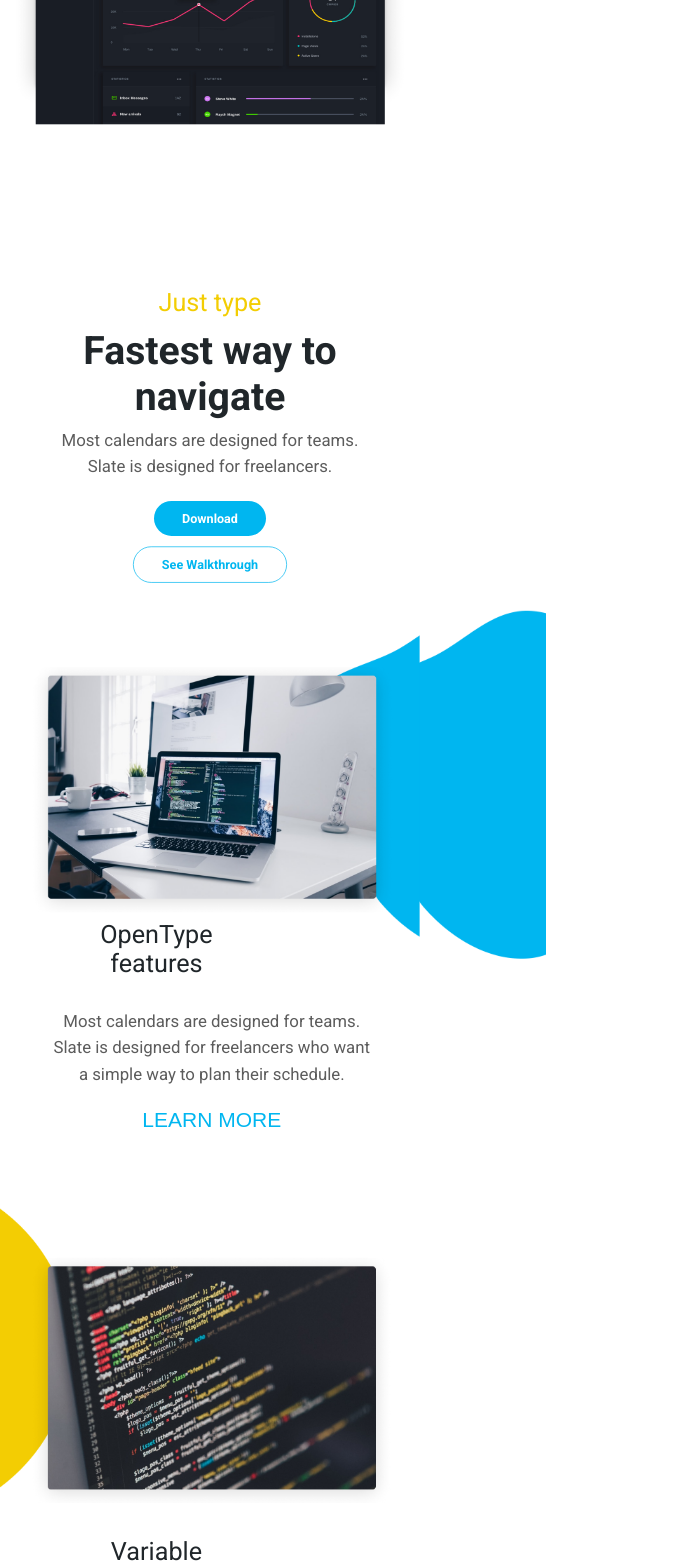
Repository: tungcutte35/Figma-Land
Page: sass/index.html
These files come from the project's save history. The page is drawn as it stood at one moment and after the next save; the edit follows.
The browser window is 600 px wide. The page is 990 px wide, so the pictures cover 990 px, including what lies to the right of the window. The pictures show the part of the page from y = 692 to 2932 px (the page is 5985 px tall), at 70% of full size.
The style sheet was rebuilt from its Sass, Less or Tailwind sources for each picture, by a compiler version that may differ from the author's.

Above is the page before, as saved 2021-10-25 15:59:06.

### sass/index.html
<!DOCTYPE html>
<html lang="en">
  <head>
    <meta charset="UTF-8" />
    <meta http-equiv="X-UA-Compatible" content="IE=edge" />
    <meta name="viewport" content="width=device-width, initial-scale=1.0" />
    <title>Figma Land</title>
    <link rel="stylesheet" href="./css/app.css" />
    <link rel="preconnect" href="https://fonts.googleapis.com" />
    <link rel="preconnect" href="https://fonts.gstatic.com" crossorigin />
    <link
      href="https://fonts.googleapis.com/css2?family=Roboto:wght@400;700;900&display=swap"
      rel="stylesheet"
    />
  </head>
  <body>
    <div class="wrapper">
      <header class="header">
        <div class="container">
          <div class="header-container">
            <div class="header-img">
              <a href="#">
                <img srcset="./images/logo.png 2x" alt="" />
              </a>
            </div>
            <ul class="menu">
              <li class="menu-item">
                <a href="#" class="menu-link">Home</a>
              </li>
              <li class="menu-item">
                <a href="#" class="menu-link">Product</a>
              </li>
              <li class="menu-item">
                <a href="#" class="menu-link">About</a>
              </li>
              <li class="menu-item">
                <a href="#" class="menu-link">Contact</a>
              </li>
            </ul>
            <div class="header-login">
              <a href="#" class="button button--outline">Login</a>
            </div>
          </div>
        </div>
      </header>
      <main>
        <section class="lightning">
          <div class="container">
            <div class="lightning-container">
              <div class="lightning-header">
                <h2 class="lightning-heading">Lightning fast prototyping</h2>
                <p class="text lightning-content">
                  Most calendars are designed for teams. Slate is designed for
                  freelancers.
                </p>
                <div class="lightning-button">
                  <a href="#" class="button button--primary">Get Started</a>
                  <a href="#" class="button button--outline">Try For Free</a>
                </div>
                <img
                  srcset="./images/img.png 2x"
                  alt=""
                  class="lightning-img"
                />
              </div>

              <img
                srcset="./images/Vector.png 2x"
                alt=""
                class="lightning-vector1"
              />
              <img
                srcset="./images/Vector2.png 2x"
                alt=""
                class="lightning-vector2"
              />
              <img
                srcset="./images/Vector3.png 2x"
                alt=""
                class="lightning-vector3"
              />
            </div>
          </div>
        </section>
        <section class="fastest">
          <div class="container">
            <div class="fastest-container">
              <div class="fastest-header">
                <h3 class="fastest-type">Just type</h3>
                <h3 class="heading fastest-heading">Fastest way to navigate</h3>
                <p class="text fastest-content">
                  Most calendars are designed for teams. Slate is designed for
                  freelancers.
                </p>
              </div>
              <div class="fastest-button">
                <a href="#" class="button button--primary">Download</a>
                <a href="#" class="button button--outline">See Walkthrough</a>
              </div>
            </div>
          </div>
        </section>
        <section class="features">
          <div class="container-fly">
            <div class="features-container">
              <div class="features-firsd">
                <div class="features-desc">
                  <h3 class="heading features-heading">OpenType features</h3>
                  <p class="text features-content">
                    Most calendars are designed for teams. Slate is designed for
                    freelancers who want a simple way to plan their schedule.
                  </p>
                  <button class="features-more">LEARN MORE</button>
                </div>
                <div class="features-img">
                  <img srcset="./images/features1.png 2x" alt="" />
                </div>
              </div>
              <div class="features-seconds">
                <div class="features-img">
                  <img srcset="./images/features2.png 2x" alt="" />
                </div>
                <div class="features-desc">
                  <h3 class="heading features-heading">Variable fonts</h3>
                  <p class="text features-content">
                    Most calendars are designed for teams. Slate is designed for
                    freelancers
                  </p>
                  <button class="features-more">LEARN MORE</button>
                </div>
              </div>
            </div>
            <img
              srcset="./images/features-vector1.png 2x"
              alt=""
              class="features-vector1"
            />
            <img
              srcset="./images/features-vector3.png 2x"
              alt=""
              class="features-vector3"
            />
            <img
              srcset="./images/features-vector2.png 2x"
              alt=""
              class="features-vector2"
            />
          </div>
        </section>
        <section class="work">
          <div class="container">
            <div class="work-container">
              <h3 class="heading work-heading">A rethink of how we work</h3>
              <p class="text work-content">
                Being a freelancer is a rollercoaster of emotions. We built
                Slate to keep your
              </p>
              <div class="work-img">
                <img srcset="./images/work.png 2x" alt="" />
              </div>
              <div class="work-desc">
                <span class="work-facebook">Facebook</span>
                <span class="work-data">35,929</span>
              </div>
              <a href="#" class="button button--primary">
                Get Started For Free
              </a>
            </div>
          </div>
        </section>
        <section class="testimonial">
          <div class="container">
            <div class="testimonial-container">
              <h3 class="heading testimonial-heading">Testimonials</h3>
              <div class="testimonial-img">
                <img srcset="./images/IBM.png 2x" alt="" />
              </div>
              <p class="text-small testimonial-content">
                Being a freelancer is a rollercoaster of emotions. We built
                Slate to keep your freelance business less stressful. We'd love
                to show you what we're building...
              </p>
              <div class="testimonial-author">
                <div class="testimonial-avtar">
                  <img srcset="./images/author.png 2x" alt="" />
                </div>
                <div class="testimonial-desc">
                  <p class="testimonial-name">Esther Webb</p>
                  <span class="testimonial-job">Designer</span>
                </div>
              </div>
              <a href="#" class="button button--primary">All Testimonials</a>
            </div>
            <img
              class="testimonial-vector1"
              srcset="./images/testimonial-vector1.png 2x"
              alt=""
            />
            <img
              class="testimonial-vector2"
              srcset="./images/testimonial-vector2.png 2x"
              alt=""
            />
          </div>
        </section>
        <section class="pricing">
          <div class="container-fly">
            <div class="pricing-container">
              <div class="pricing-content">
                <h3 class="heading pricing-heading">Pricing</h3>
                <p class="text-small pricing-desc">
                  Most calendars are designed for teams. Slate is designed for
                  freelancers who want a simple way to plan their schedule.
                </p>
              </div>
              <div class="pricing-buy">
                <p class="pricing-time">30-DAY FREE TRIAL</p>
                <div class="pricing-price">
                  <img srcset="./images/price.png 2x" alt="" />
                </div>
                <p class="text-small pricing-third">
                  Most calendars are designed for teams.
                </p>
                <a href="#" class="button button--primary">Get Started</a>
              </div>
            </div>
          </div>
        </section>
        <section class="focus">
          <div class="container-fly">
            <div class="focus-container">
              <div class="focus-header">
                <h3 class="focus-heading">We focus on ergonomic meeting</h3>
              </div>
              <div class="focus-content">
                <p class="text-small focus-desc1">
                  Being a freelancer is a rollercoaster of emotions. We built
                  Slate to keep your freelance business building...
                </p>
                <p class="text-small focus-desc2">
                  Being a freelancer is a rollercoaster of emotions. We built
                  Slate to keep your freelance business building...
                </p>
                <a href="#" class="button button--primary">Get Started</a>
              </div>
            </div>
          </div>
        </section>
      </main>
      <footer class="footer">
        <div class="container">
          <div class="footer-container">
            <div class="footer-firsd">
              <div class="footer-logo">
                <img srcset="./images/logo.png 2x" alt="" />
              </div>
              <p class="footer-content">Just type what's on your mind</p>
            </div>
            <ul class="footer-seconds">
              <li class="footer-item">
                <a href="" class="footer-link">Home</a>
              </li>
              <li class="footer-item">
                <a href="" class="footer-link">Product</a>
              </li>
              <li class="footer-item">
                <a href="" class="footer-link">About</a>
              </li>
              <li class="footer-item">
                <a href="" class="footer-link">Contact</a>
              </li>
            </ul>
            <div class="footer-social">
              <div class="footer-twitter">
                <img src="./images/Twitter.svg" alt="" />
              </div>
              <div class="footer-facebook">
                <img src="./images/facebook.svg" alt="" />
              </div>
              <div class="footer-in">
                <img src="./images/In.svg" alt="" />
              </div>
            </div>
          </div>
        </div>
        <div class="footer-copy">
          <p class="footer-copyright">© 2021 - Bản quyền thuộc về Tungcutte</p>
        </div>
      </footer>
    </div>
  </body>
</html>

### sass/app.scss
@import "./reset";
@import "./variables";
@import "./global";
@import "./header";
@import "./menu";
@import "./lightning";
@import "./fastest";
@import "./features";
@import "./work";
@import "./testimonial";
@import "./pricing";
@import "./focus";
@import "./footer";

### sass/_variables.scss
$font: "Roboto", sans-serif;
$primary-color: #00b6f0;
$heading-color: #20262a;
$text-color: #5c5c5c;
$secondary-color: #112d57;

### sass/_global.scss
.wrapper {
  max-width: 1600px;
  margin: 0 auto;
}
.container {
  max-width: 1160px;
  margin: 0 auto;
  padding: 0 20px;
}
.container-fly {
  max-width: 1045px;
  margin: 0 auto;
  padding: 0 20px;
}
body {
  font-family: $font;
  line-height: 1;
  font-size: 18px;
  color: $heading-color;
}
ul {
  list-style-type: none;
}
.button {
  display: inline-flex;
  justify-content: center;
  align-items: center;
  font-size: 18px;
  font-weight: 700;
  line-height: 1;
  font-family: $font;
  padding: 16px 40px;
  border-radius: 85px;
  background-color: transparent;
  border: 0;
  outline: none;
  cursor: pointer;
  transition-duration: 0.4s;

  &--primary {
    color: #fff;
    background-color: $primary-color;
    &:hover {
      color: $primary-color;
      background-color: transparent;
      border: 1.4px solid $primary-color;
    }
  }
  &--outline {
    color: $primary-color;
    border: 1.4px solid $primary-color;
    &:hover {
      background-color: $primary-color;
      color: white;
    }
  }
}

.heading {
  color: $heading-color;
  font-weight: 700;
  font-size: 56px;
  line-height: calc(65 / 56);
}
.text {
  font-size: 24px;
  font-weight: 450;
  color: $text-color;
  line-height: calc(38 / 24);
}
.text-small {
  font-size: 19px;
  line-height: calc(30 / 19);
  font-weight: 450;
  color: $text-color;
}

### sass/_header.scss
.header {
  margin-top: 30px;
  margin-bottom: 91px;

  &-container {
    display: flex;
    justify-content: space-between;
    align-items: center;
  }
}

### sass/_menu.scss
.menu {
  display: flex;
  align-items: center;
  justify-content: center;
  gap: 0 41px;
  &-item {
    display: flex;
    align-items: center;
    justify-content: center;
  }
  &-link {
    color: inherit;
    font-size: 20px;
    &:after {
      display: block;
      content: "";
      border-bottom: solid 2px $primary-color;
      transform: scaleX(0);
      transition: transform 250ms ease-in-out;
    }
    &:hover:after {
      transform: scaleX(1);
    }
    &:hover {
      color: $primary-color;
    }
  }
  @media screen and (max-width: 767px) {
    &-item {
      display: none;
    }
  }
}

### sass/_lightning.scss
.lightning {
  margin-bottom: 800px;
  position: relative;
  background: linear-gradient(0deg, #e9faff 0%, rgba(233, 250, 255, 0) 100%);

  &-container {
    display: flex;
    align-items: center;
    justify-content: center;
    gap: 0 25px;
  }
  &-header {
    text-align: center;
    max-width: 544px;
  }
  &-heading {
    max-width: 510px;
    font-weight: 900;
    font-size: 72px;
    line-height: calc(78 / 72);
    color: $secondary-color;
    margin-bottom: 27px;
  }
  &-content {
    margin-bottom: 84px;
  }
  &-button {
    display: flex;
    align-items: center;
    justify-content: center;
    gap: 0 25px;
    margin-bottom: 45px;
  }
  &-vector1 {
    position: absolute;
    left: -1%;
    bottom: -60%;
  }
  &-vector2 {
    position: absolute;
    right: -1%;
    bottom: -75%;
  }
  &-vector3 {
    display: none;
  }
  &-img {
    position: absolute;
    bottom: -165%;
    left: 15px;
    z-index: 99;
    width: calc(100% - 30px);
    height: 803px;
  }
  @media screen and (max-width: 1023px) {
    background: linear-gradient(
      360deg,
      #e9faff 0%,
      rgba(233, 250, 255, 0) 100%
    );
    &-header {
      z-index: 2;
    }
  }
  @media screen and (max-width: 767px) {
    margin-bottom: 650px;
    &-header {
      margin-bottom: -32%;
    }
    &-heading {
      font-size: 53px;
      line-height: calc(62 / 53);
    }
    &-content {
      font-size: 24px;
      line-height: calc(38 / 24);
      max-width: 343px;
      margin-bottom: 70px;
    }
    &-vector1 {
      left: -50%;
    }
    &-vector2 {
      right: -65%;
      bottom: -60%;
    }
    &-vector3 {
      display: block;
      position: absolute;
      right: 0;
      bottom: -60%;
    }
    &-img {
      height: 370px;
      img {
        width: 50%;
        height: 50%;
        object-fit: cover;
      }
    }
  }
}

### sass/_fastest.scss
.fastest {
  margin-bottom: 162px;
  &-container {
    margin: 0 auto;
  }
  &-header {
    text-align: center;
  }
  &-type {
    font-size: 36px;
    line-height: calc(42 / 36);
    color: #f3cd03;
    font-weight: 450;
    margin-bottom: 17px;
  }
  &-heading {
    margin-bottom: 10px;
  }
  &-content {
    max-width: 459px;
    margin: 0 auto;
    margin-bottom: 60px;
  }
  &-button {
    display: flex;
    align-items: center;
    justify-content: center;
    gap: 0 13px;
  }
  @media screen and (max-width: 767px) {
    margin-bottom: 130px;

    &-button {
      flex-direction: column;
      gap: 15px;
    }
    &-content {
      margin-bottom: 30px;
    }
  }
}

### sass/_features.scss
.features {
  margin-bottom: 100px;
  position: relative;
  &-container {
    display: grid;
    grid-template-rows: repeat(2, 1fr);
    grid-gap: 50px 0;
  }
  &-firsd {
    display: flex;
    justify-content: space-between;
    align-items: center;
    gap: 0 60px;
    max-width: 1045px;
  }

  &-heading {
    font-size: 36px;
    line-height: calc(42 / 36);
    font-weight: 450;
    margin-bottom: 16px;
  }
  &-content {
    margin-bottom: 20px;
    max-width: 468px;
  }
  &-more {
    outline: none;
    border: none;
    background-color: transparent;
    font-size: 18px;
    line-height: calc(20 / 18);
    font-weight: 450;
    color: $primary-color;
  }
  &-seconds {
    display: flex;
    justify-content: space-between;
    align-items: center;
    gap: 0 50px;
    max-width: 966px;
  }
  &-vector1 {
    position: absolute;
    right: -1%;
    top: -8%;
    z-index: -1;
  }
  &-vector2 {
    position: absolute;
    left: -1%;
    bottom: -4%;
    z-index: -1;
  }
  &-vector3 {
    display: none;
  }
  @media screen and (min-width: 1024px) {
    &-firsd {
      margin-left: 30px;
    }
  }
  @media screen and (max-width: 1023px) {
    &-container {
      margin-left: 20px;
      grid-gap: 190px;
    }
  }
  @media screen and (max-width: 767px) {
    &-firsd {
      flex-direction: column-reverse;
      margin-right: 15px;
      text-align: center;
      margin-bottom: 0px;
    }
    &-img {
      height: 351px;
      width: 100%;
      margin-top: -10px;
      margin-bottom: 10px;
      img {
        width: 100%;
        height: 100%;
        object-fit: cover;
      }
    }
    &-heading {
      max-width: 200px;
      margin-left: 55px;
      margin-bottom: 42px;
    }
    &-seconds {
      flex-direction: column;
      margin-right: 15px;
      text-align: center;
      margin-bottom: 0px;
    }
    &-content {
      margin-bottom: 30px;
    }
    &-more {
      font-size: 30px;
    }
    &-vector1 {
      right: -30%;
      top: -6%;
    }
    &-vector2 {
      left: -43%;
      bottom: 19%;
    }
    &-vector3 {
      display: block;
      position: absolute;
      right: 0;
      top: -6%;
      z-index: -1;
    }
  }
}

### sass/_work.scss
.work {
  margin-bottom: 200px;
  &-container {
    text-align: center;
  }
  &-heading {
    margin-bottom: 10px;
  }
  &-content {
    font-size: 19px;
    line-height: calc(30 / 19);
    font-weight: 450;
    margin-bottom: 52px;
  }
  &-img {
    display: flex;
    align-items: center;
    justify-content: center;
    margin-bottom: 7px;
  }
  &-desc {
    display: flex;
    justify-content: space-between;
    align-items: center;
    margin: 0 190px;
    margin-bottom: 40px;
  }
  &-facebook {
    font-size: 14px;
    line-height: calc(24 / 14);
    font-weight: 400;
    color: #505d6f;
  }
  &-data {
    font-size: 14px;
    line-height: calc(24 / 14);
    font-weight: 700;
    color: #505d70;
  }
  @media screen and (max-width: 767px) {
    margin-bottom: 130px;
    &-heading {
      margin-bottom: 20px;
    }
  }
}

### sass/_testimonial.scss
.testimonial {
  margin-bottom: 110px;
  position: relative;

  &-container {
    text-align: center;
  }
  &-heading {
    margin-bottom: 50px;
  }
  &-img {
    display: flex;
    align-items: center;
    justify-content: center;
    margin-bottom: 50px;
  }
  &-content {
    max-width: 480px;
    margin: 0 auto;
    margin-bottom: 50px;
  }

  &-author {
    margin-bottom: 50px;
    display: flex;
    justify-content: center;
    align-items: center;
  }
  &-desc {
    margin-left: 15px;
    text-align: start;
  }
  &-name {
    font-size: 18px;
    line-height: calc(20 / 18);
    font-weight: 450;
    color: #20262a;
  }
  &-job {
    font-size: 18px;
    line-height: calc(28 / 18);
    color: $text-color;
    font-weight: 450;
  }
  &-vector1 {
    position: absolute;
    left: 170px;
    top: 290px;
  }
  &-vector2 {
    position: absolute;
    right: 0;
    bottom: -110px;
  }
  @media screen and (max-width: 1023px) {
    &-vector1 {
      left: 35px;
      top: 125px;
    }
    &-vector2 {
      z-index: -1;
      bottom: -112px;
    }
  }
  @media screen and (max-width: 767px) {
    &-vector1 {
      display: none;
    }
    &-vector2 {
      right: -190px;
      bottom: -111px;
    }
  }
}

### sass/_pricing.scss
.pricing {
  background: #182333;

  &-container {
    color: white;
    display: flex;
    justify-content: space-between;
    align-items: center;
    gap: 0 160px;
    padding: 100px 70px;
  }
  &-content {
    max-width: 437px;
  }
  &-heading {
    color: white;
    margin-bottom: 16px;
  }
  &-desc {
    color: white;
    max-width: 400px;
  }
  &-buy {
    max-width: 277px;
  }
  &-time {
    font-size: 18px;
    line-height: calc(28 / 18);
    font-weight: 450;
    margin-bottom: 10px;
  }
  &-price {
    margin-bottom: 20px;
  }
  &-third {
    max-width: 250px;
    color: white;
    margin-bottom: 20px;
  }
  @media screen and (max-width: 767px) {
    &-container {
      flex-direction: column;
    }
    &-content {
      margin-bottom: 60px;
    }
  }
}

### sass/_focus.scss
.focus {
  background: linear-gradient(180deg, #e9faff 0%, rgba(233, 250, 255, 0) 100%);
  &-container {
    display: flex;
    justify-content: space-between;
    align-items: center;
    padding: 50px 0 70px;
    gap: 0 110px;
  }
  &-header {
    margin-top: -20%;
  }
  &-heading {
    font-weight: 450;
    font-size: 36px;
    max-width: 406px;
  }
  &-content {
    max-width: 446px;
  }
  &-desc1 {
    max-width: 430px;
    margin-bottom: 40px;
  }
  &-desc2 {
    max-width: 430px;
    margin-bottom: 20px;
  }
  @media screen and (min-width: 1024px) {
    &-container {
      margin-left: 30px;
    }
  }
  @media screen and (max-width: 1023px) {
    &-container {
      margin-left: 30px;
    }
  }
  @media screen and (max-width: 767px) {
    background: linear-gradient(
      -10deg,
      #e9faff 0%,
      rgba(233, 250, 255, 0) 100%
    );
    &-container {
      flex-direction: column;
      gap: 40px;
      margin-top: 60px;
    }
    &-content {
      margin-bottom: 20px;
    }
    &-desc2 {
      margin-bottom: 40px;
    }
  }
}

### sass/_footer.scss
.footer {
  &-container {
    display: flex;
    justify-content: space-between;
    align-items: center;
    padding-bottom: 20px;
  }
  &-logo {
    height: 58px;
    max-width: 206px;
    img {
      width: 100%;
      height: 100%;
      object-fit: cover;
      margin-left: -12px;
    }
  }
  &-content {
    font-size: 18px;
    line-height: calc(28 / 18);
    font-weight: 450;
  }
  &-seconds {
    display: flex;
    justify-content: space-between;
    align-items: center;
    gap: 0 31px;
  }
  &-social {
    display: flex;
    justify-content: space-between;
    align-items: center;
    gap: 0 35px;
    cursor: pointer;
  }
  &-link {
    font-size: 18px;
    line-height: calc(20 / 18);
    font-weight: 450;
    color: $heading-color;
  }
  &-copy {
    text-align: center;
    margin-bottom: 60px;
  }
  @media screen and (max-width: 767px) {
    &-container {
      flex-direction: column;
      margin-top: 20px;
    }
    &-firsd {
      margin-bottom: 20px;
    }
    &-logo {
      display: flex;
      align-items: center;
      justify-content: center;
      img {
        margin-left: 40px;
      }
    }
    &-seconds {
      margin-bottom: 20px;
    }
  }
}

Loaded but not shown: sass/_reset.scss (common file)

After the next save:
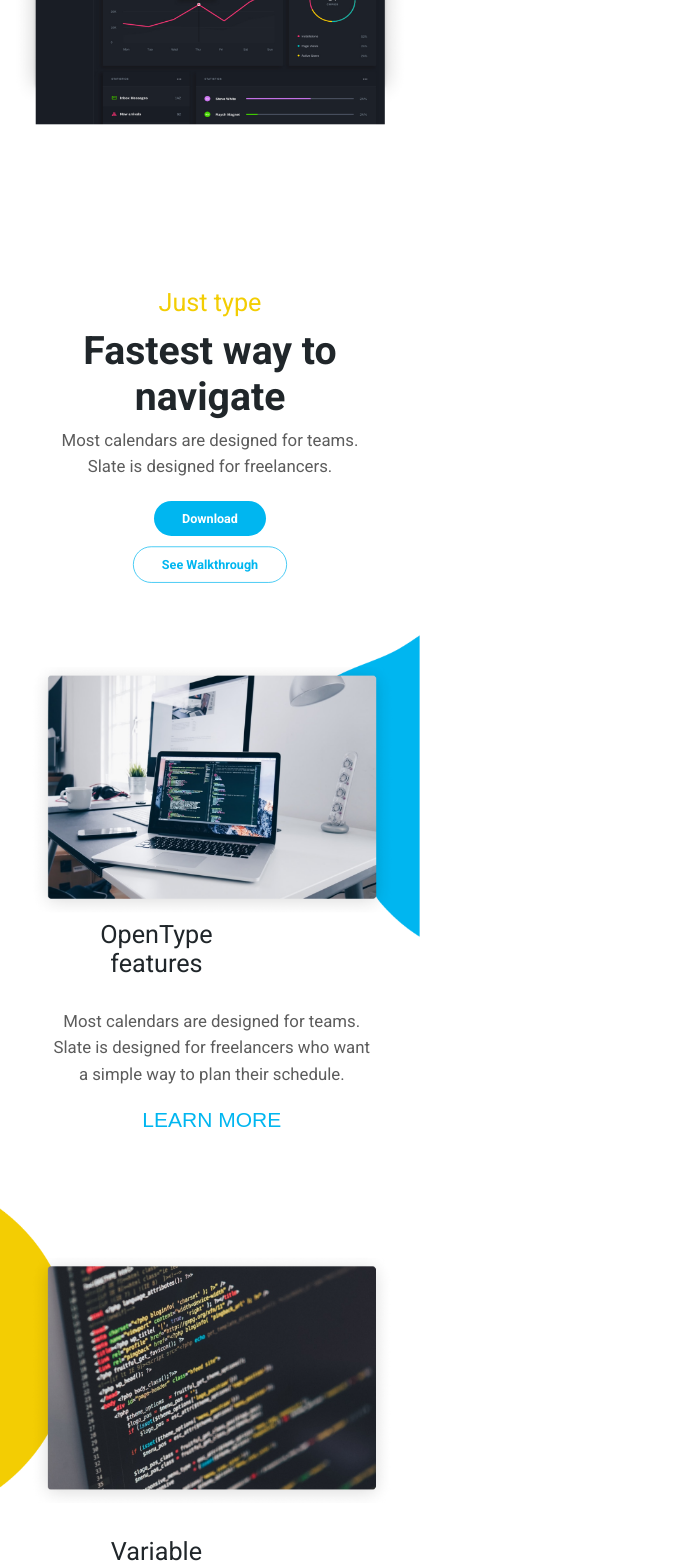
Saved 13 s later.
--- a/sass/_features.scss
+++ b/sass/_features.scss
@@ -102,8 +102,7 @@
       font-size: 30px;
     }
     &-vector1 {
-      right: -30%;
-      top: -6%;
+      display: none;
     }
     &-vector2 {
       left: -43%;
